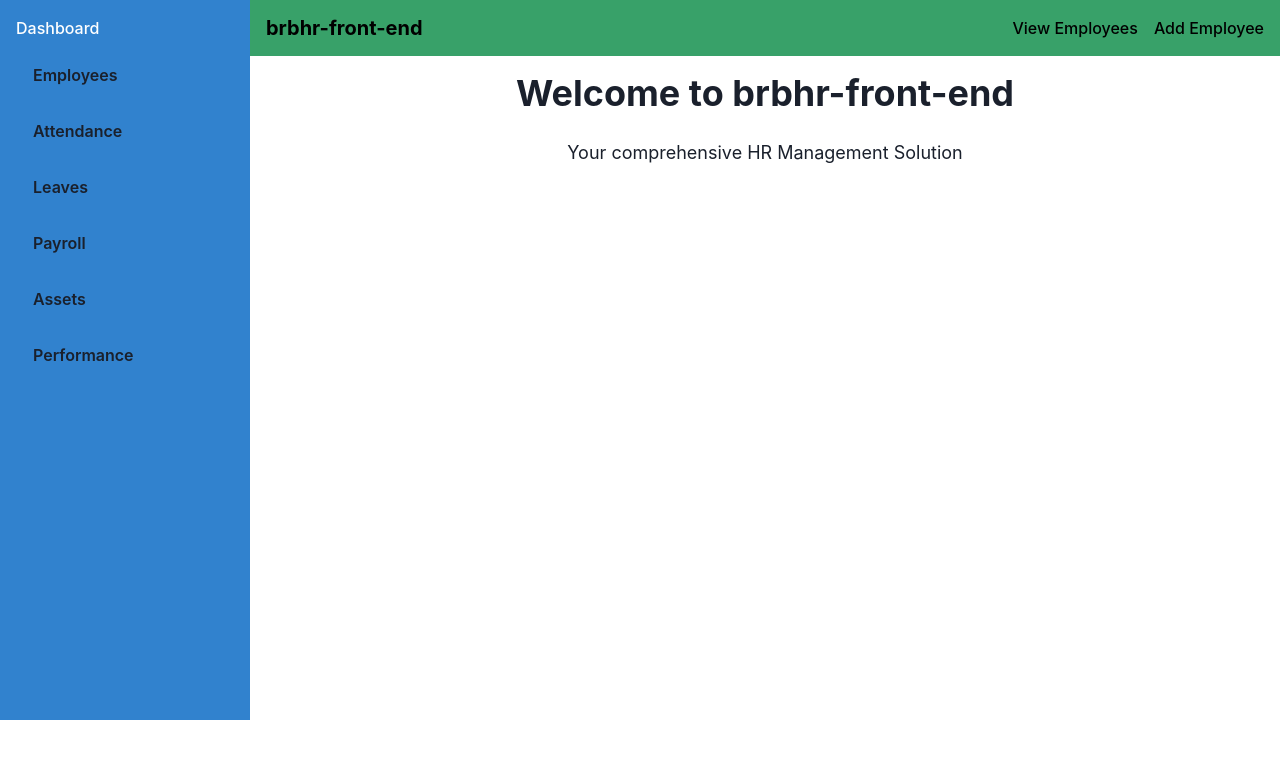
Repository: apipulse/brbhr-frontend
Page: /
These files come from the project's save history. The page is drawn as it stood at one moment and after a run of saves; the edit follows.
The browser window is 1280 px wide. The pictures show the whole page.
The project was rebuilt for these pictures with package versions that can differ from the ones it lists, and the page was loaded fresh each time. Also part of the build but not shown: vite.config.js, src/services/axiosInstance.js, src/services/EmployeeService.js, src/components/employee/EmployeeList.jsx, src/components/employee/AddEmployee.jsx, src/services/LeaveService.js, src/components/employee/LeaveList.jsx, src/components/employee/LeaveForm.jsx and 5 more.

Above is the page before, as saved 2024-01-19 21:19:04.

After the next 2 saves:
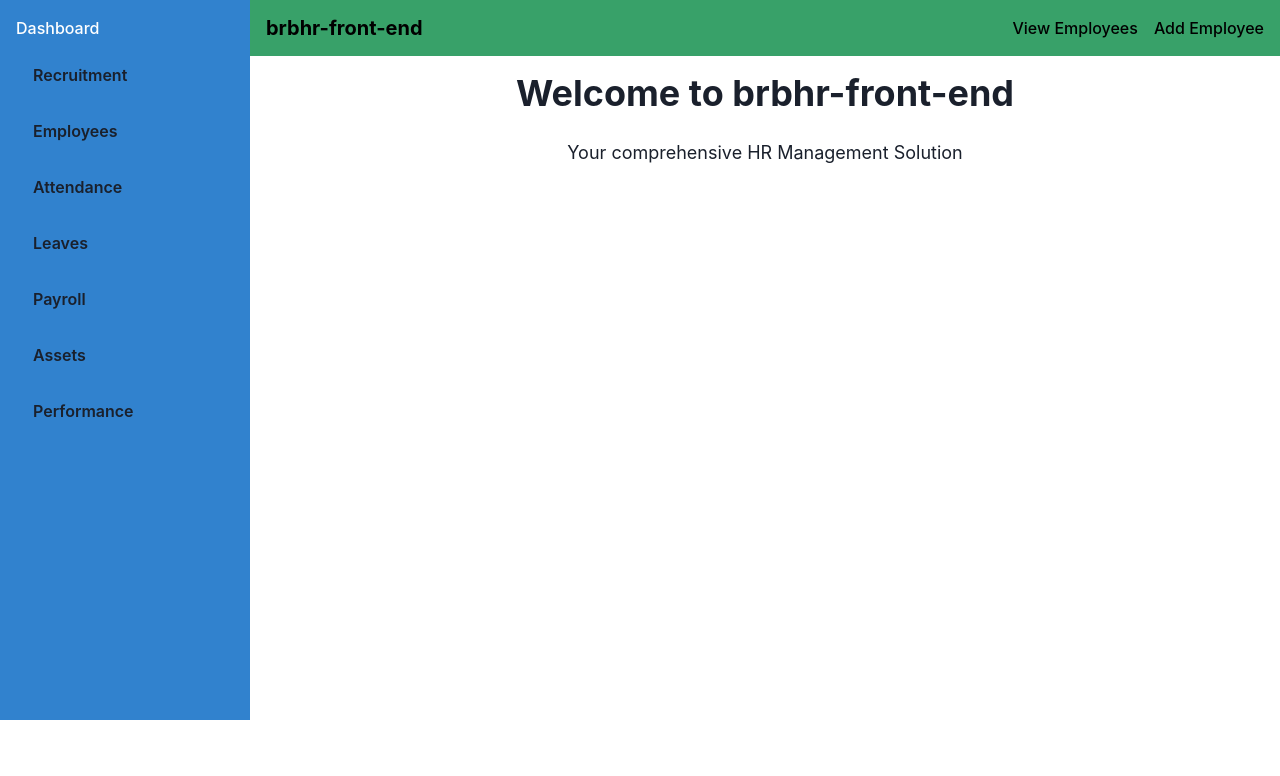
The 2 saves are shown as one change because they came seconds apart.
The last was saved 2 min 1 s later.
--- a/src/components/layout/SideBar.jsx
+++ b/src/components/layout/SideBar.jsx
@@ -24,6 +24,14 @@ const Sidebar = () => {
       <VStack spacing={4} align="stretch">
         {/* Dashboard */}
         <Link as={RouterLink} to="/dashboard">Dashboard</Link>
+
+        <SidebarLinkGroup title="Recruitment">
+          <Link as={RouterLink} to="/job-posting">Post Job</Link>
+          <Link as={RouterLink} to="/job-application-list">Job Applications</Link>
+          <Link as={RouterLink} to="/schedule-interview">Schedule Interview</Link>
+          <Link as={RouterLink} to="/manage-offers">Manage Offers</Link>
+          {/* Additional Recruitment-related links */}
+        </SidebarLinkGroup>
 
         {/* Employees */}
         <SidebarLinkGroup title="Employees">
